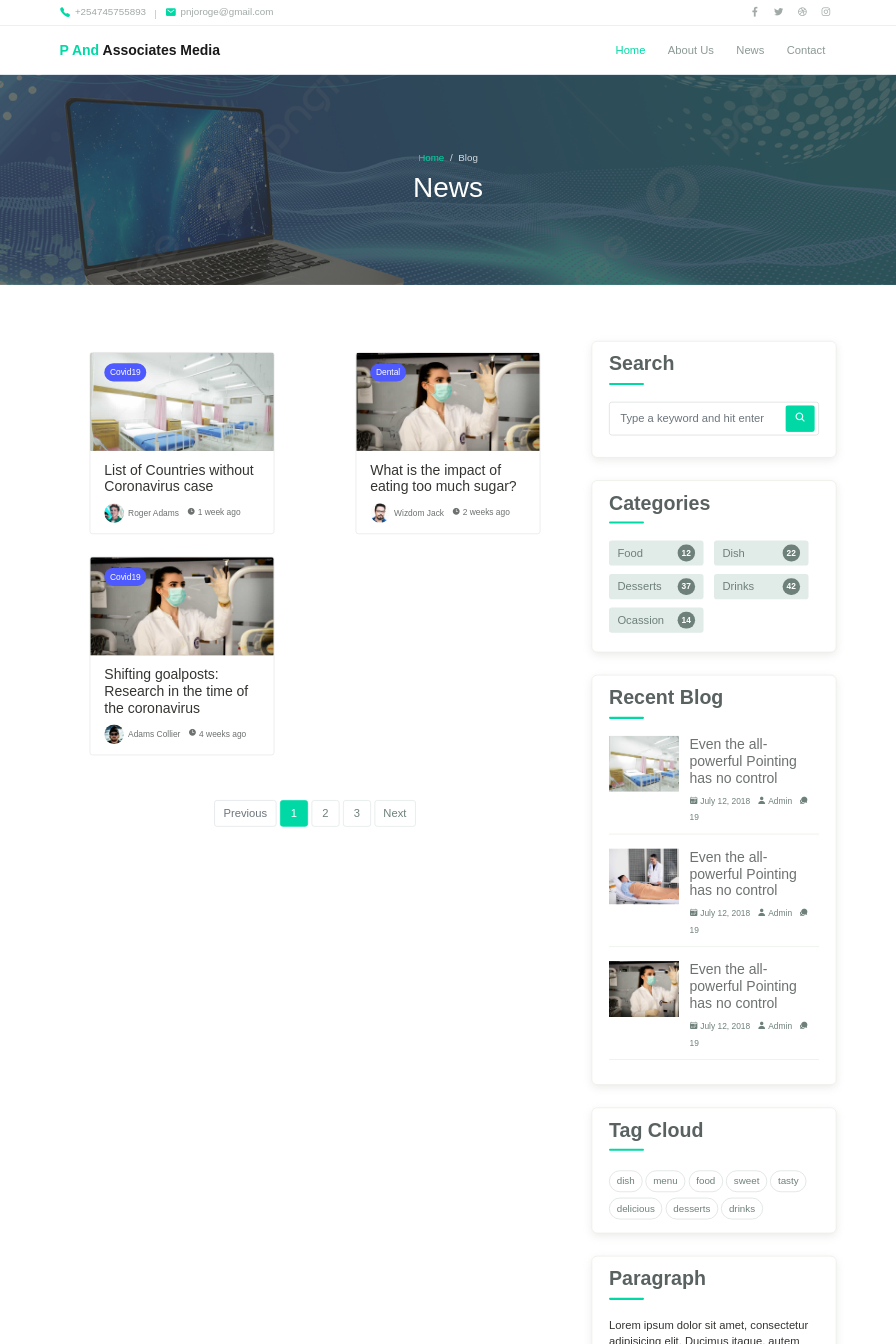
Repository: profbkmurage/myWeb
Page: html/blog.html
These files come from the project's save history. The page is drawn as it stood at one moment and after the next save; the edit follows.
The browser window is 1280 px wide. The pictures show the part of the page from y = 0 to 1920 px (the page is 3004 px tall), at 70% of full size.

Above is the page before, as saved 2023-12-11 14:13:28.

After the next save:
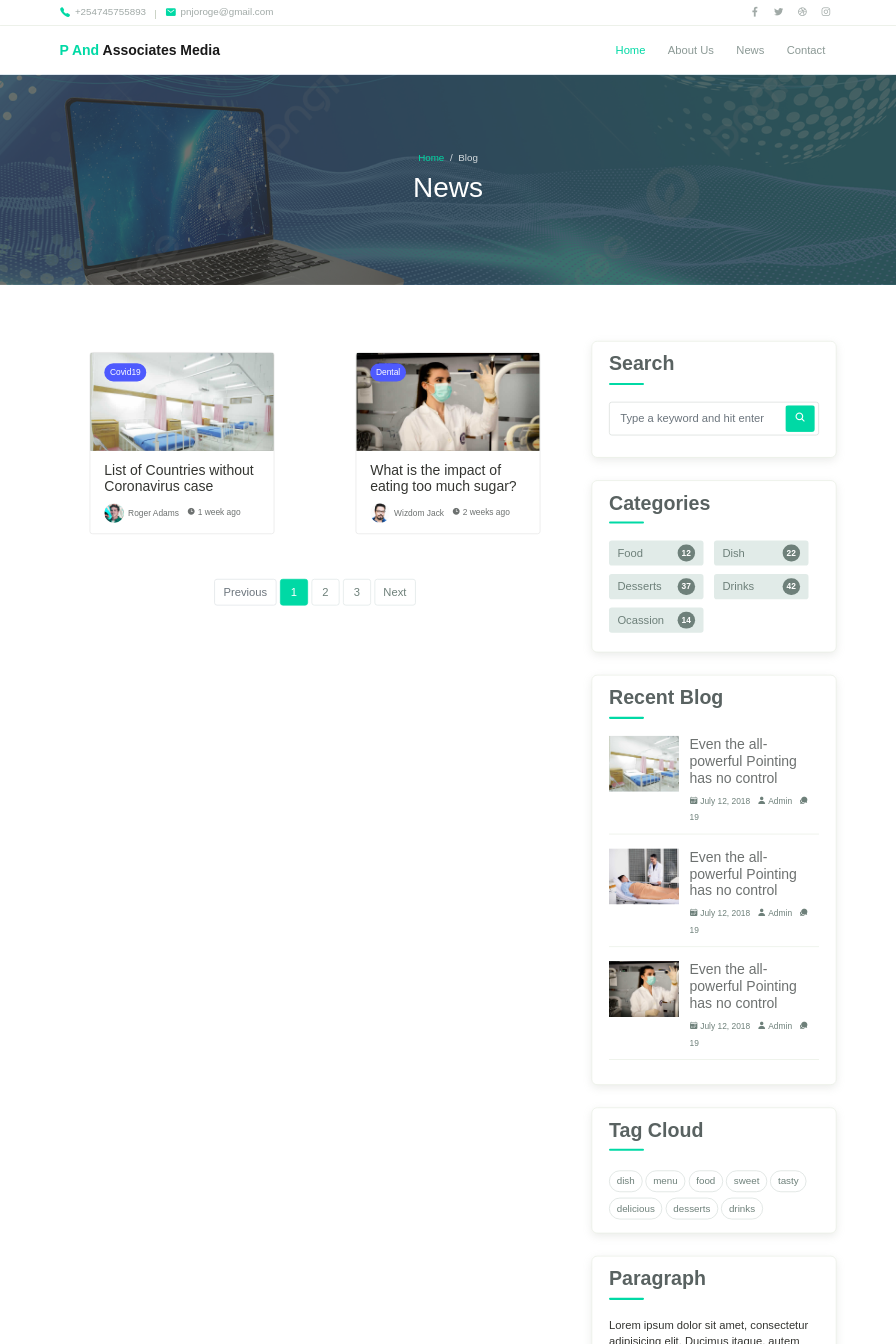
Saved 20 s later.
--- a/html/blog.html
+++ b/html/blog.html
@@ -158,32 +158,6 @@
               </div>
             </div>
 
-            <div class="col-sm-6 py-3">
-              <div class="card-blog">
-                <div class="header">
-                  <div class="post-category">
-                    <a href="#">Covid19</a>
-                  </div>
-                  <a href="blog-details" class="post-thumb">
-                    <img src="../assets/img/blog/blog_3.jpg" alt="">
-                  </a>
-                </div>
-                <div class="body">
-                  <h5 class="post-title"><a href="blog-details.html">Shifting goalposts: Research in the time of the coronavirus</a></h5>
-                  <div class="site-info">
-                    <div class="avatar mr-2">
-                      <div class="avatar-img">
-                        <img src="../assets/img/person/person_3.jpg" alt="">
-                      </div>
-                      <span>Adams Collier</span>
-                    </div>
-                    <span class="mai-time"></span> 4 weeks ago
-                  </div>
-                </div>
-              </div>
-            </div>
-
-
             <div class="col-12 my-5">
               <nav aria-label="Page Navigation">
                 <ul class="pagination justify-content-center">
